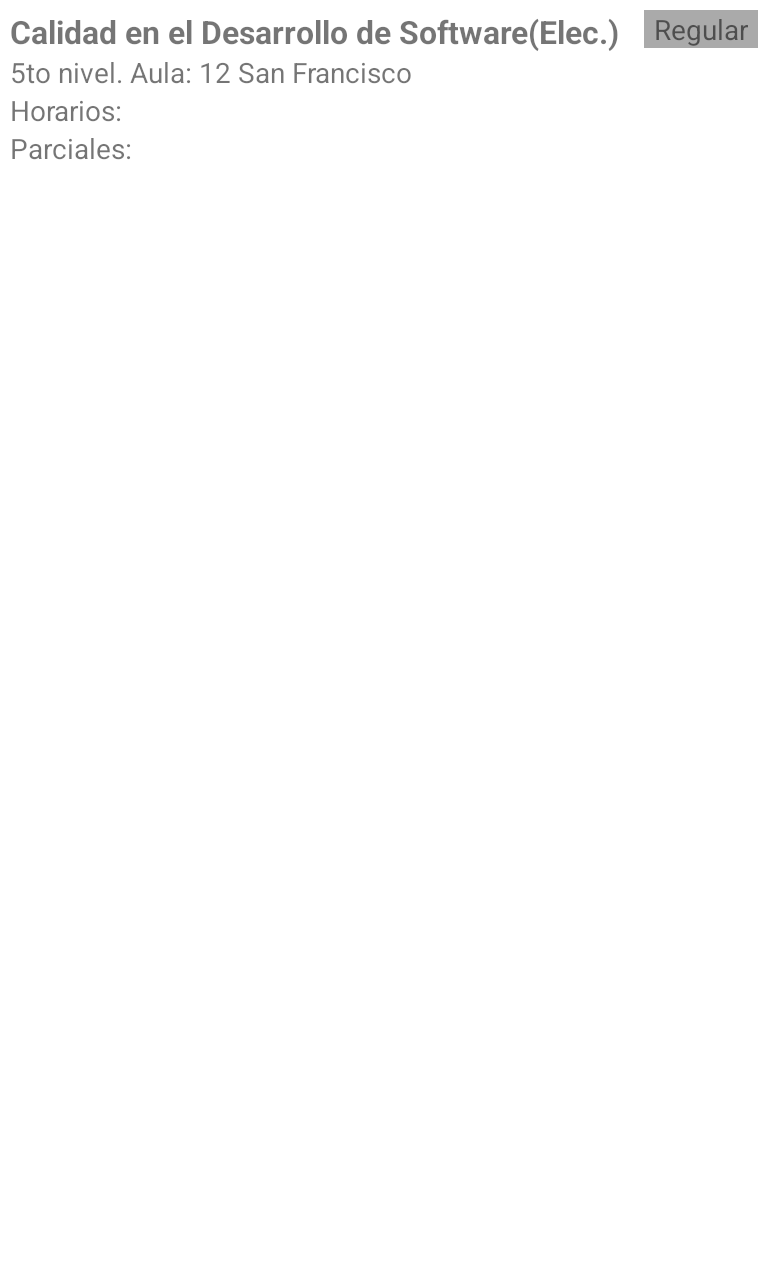
Repository: juanpablobono/Sysacadalumnos
Layout: Sysacad/res/layout/lst_cursado_item.xml
These files come from the project's save history. The layout is drawn as it stood at one moment and after the next save; the edit follows.
It is drawn on a 768 x 1280 px phone screen (xhdpi) without system bars, with theme temaSysacad; the app's code is not run.

Above is the layout before, as saved 2014-07-07 12:56:36.

After the next save:
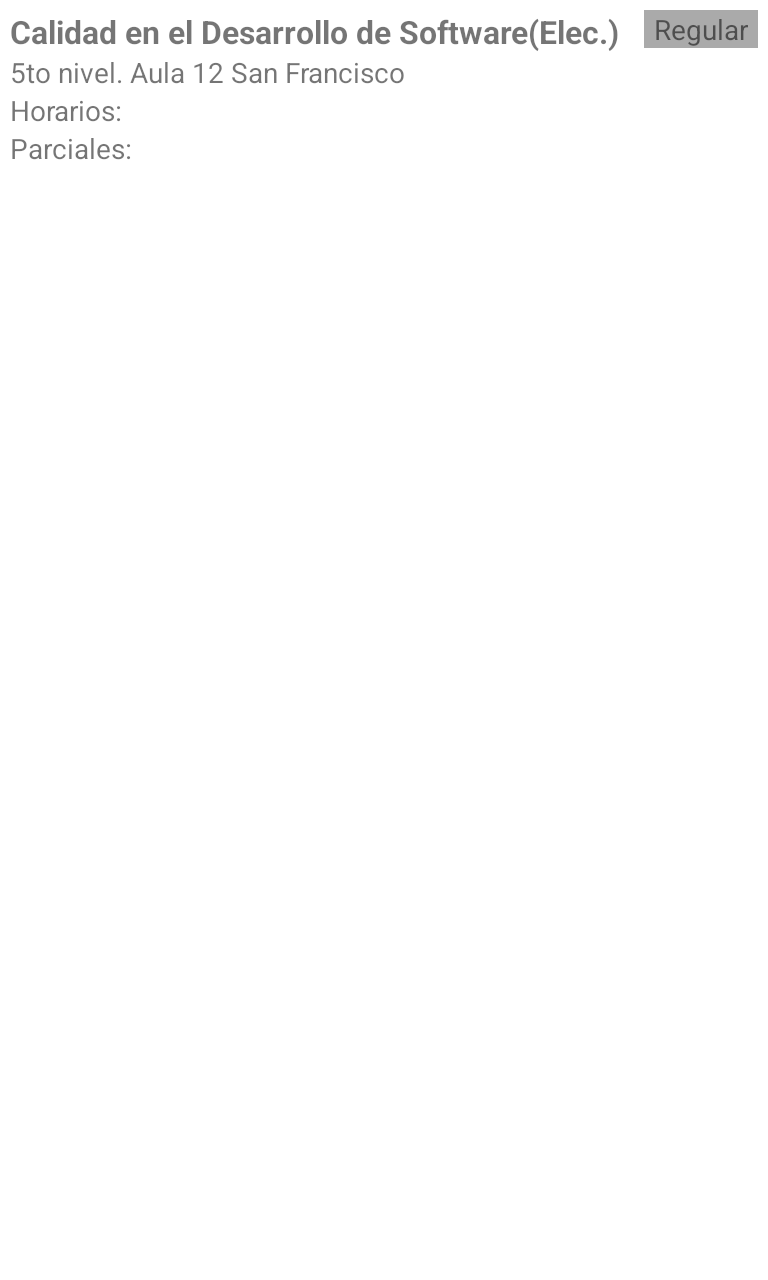
Saved 9 s later.
--- a/Sysacad/res/layout/lst_cursado_item.xml
+++ b/Sysacad/res/layout/lst_cursado_item.xml
@@ -44,7 +44,7 @@
         android:layout_toRightOf="@+id/lblNivel"
 
         android:layout_below="@+id/lblNombreMateria"
-        android:text="Aula: " />
+        android:text="Aula " />
 
     <TextView
         android:id="@+id/lblAula"
